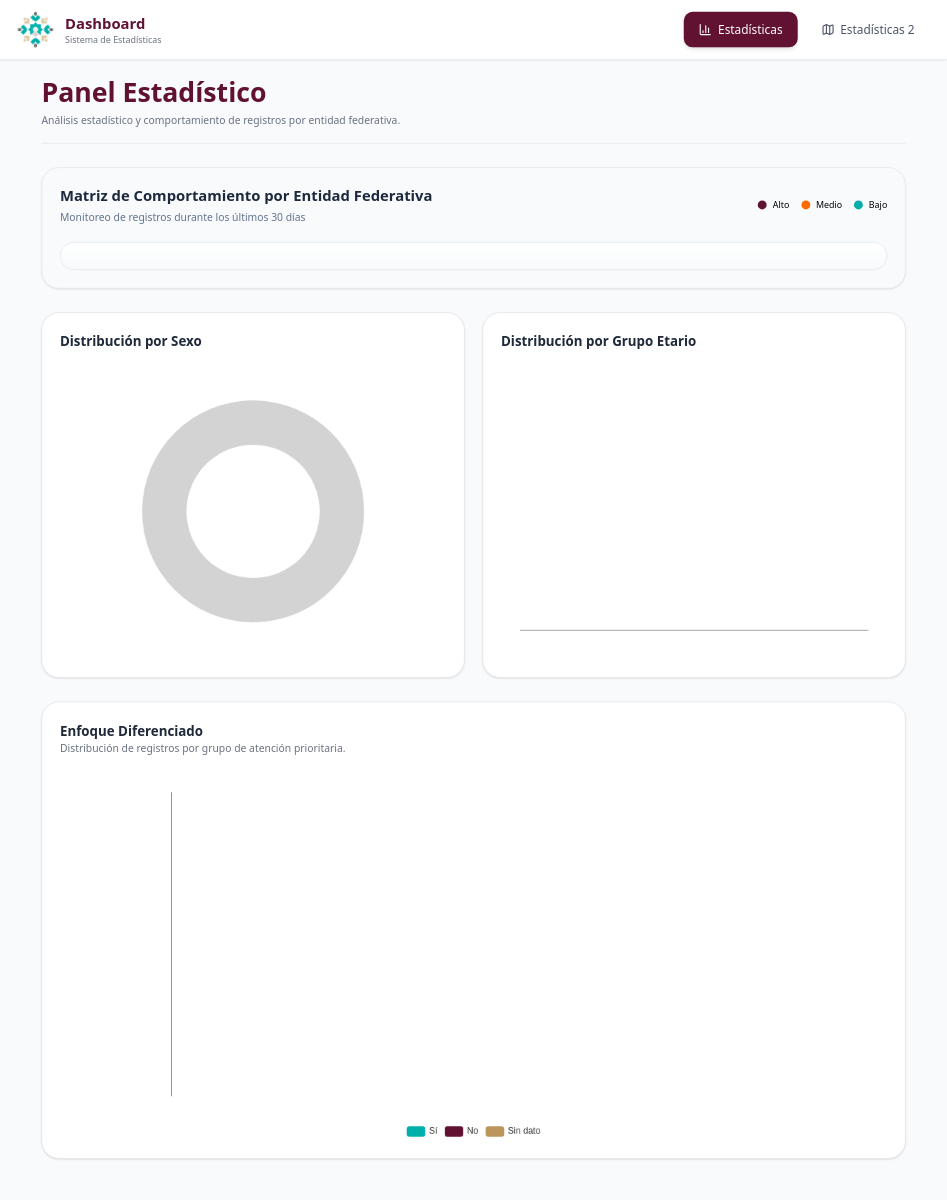
Repository: jesus890/semaforo-cinepolis
Page: /
The author's editor kept a copy of each file at every save. The page is drawn from the files as they stood at one save, then again after the next save.
The browser window is 1280 px wide. The pictures show the whole page, at 74% of full size.
The page's requests for data from a server got no answer. The project was rebuilt for these pictures with package versions that can differ from the ones it lists, and the page was loaded fresh each time. No one was signed in, and anything a server would have sent is missing. Also part of the build but not shown: vite.config.ts, src/pages/EstadisticasDosPage.tsx.

Above is the page before, as saved 2026-06-04 13:40:37.

After the next save:
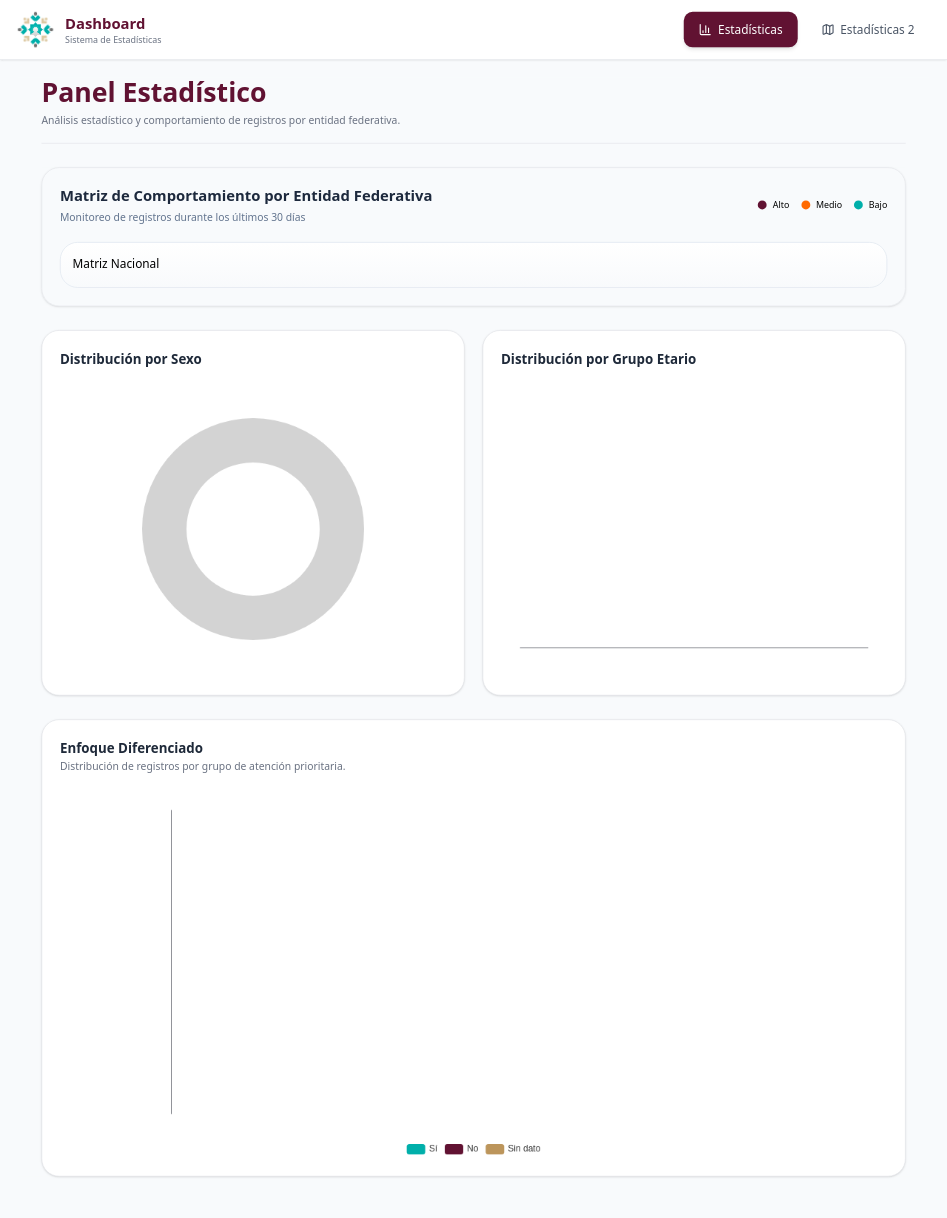
Saved 53 s later.
--- a/src/components/Dashboard/heatmap/HeatmapTable.tsx
+++ b/src/components/Dashboard/heatmap/HeatmapTable.tsx
@@ -15,7 +15,7 @@ interface Props {
     ) => void;
 }
 
-export default function HeatmapTable({ rows, onRowClick, onCellClick, }: Props) {
+export default function HeatmapTable({ rows, level, onRowClick, onCellClick, }: Props) {
 
     const dates = useMemo(() => {
         if (!rows.length) return [];
@@ -40,6 +40,14 @@ export default function HeatmapTable({ rows, onRowClick, onCellClick, }: Props)
 
     return (
         <div className="overflow-auto rounded-3xl border border-slate-200 bg-gradient-to-b from-white to-slate-50 p-4">
+
+            {
+                level == "estado" ? (
+                    <p>Matriz Nacional</p>
+                ) : (
+                    <p></p>
+                )
+            }
 
             <table className="border-separate min-w-max">
 
